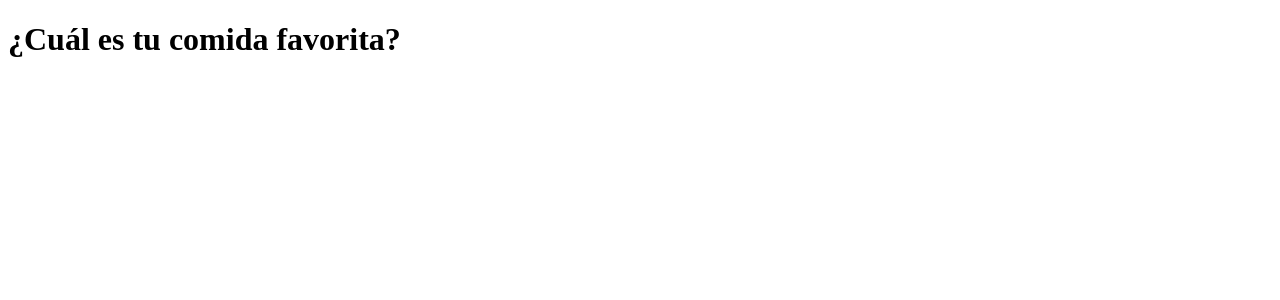
Repository: Fidesone/Form
Page: form/Index.html
The author's editor kept a copy of each file at every save. The page is drawn from the files as they stood at one save, then again after the next save.
The browser window is 1280 px wide. The pictures show the whole page.

Above is the page before, as saved 2020-09-22 18:23:38.

### form/Index.html
<!DOCTYPE html>
<html>
<head>
<meta charset="ISO-8859-1">
<title>Formulario</title>
</head>
<body>
<h1 id="title">¿Cuál es tu comida favorita?</h1>
</body>
</html>

After the next save:
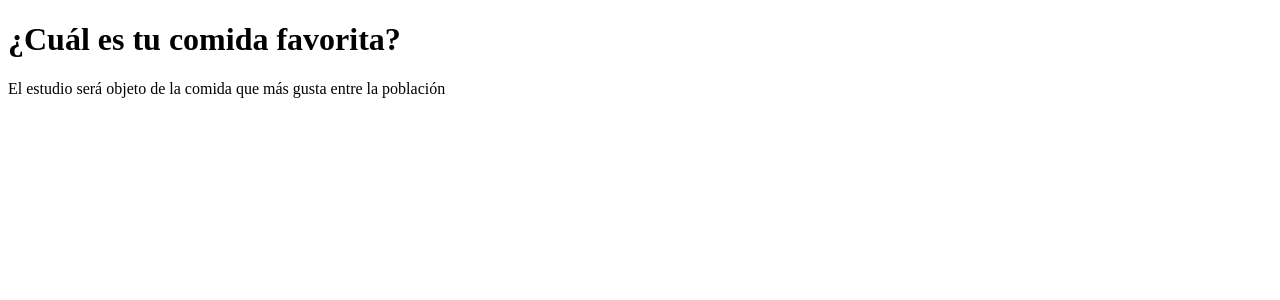
Saved 3 min 59 s later.
--- a/form/Index.html
+++ b/form/Index.html
@@ -6,5 +6,6 @@
 </head>
 <body>
 <h1 id="title">¿Cuál es tu comida favorita?</h1>
+<p>El estudio será objeto de la comida que más gusta entre la población</p>
 </body>
 </html>
